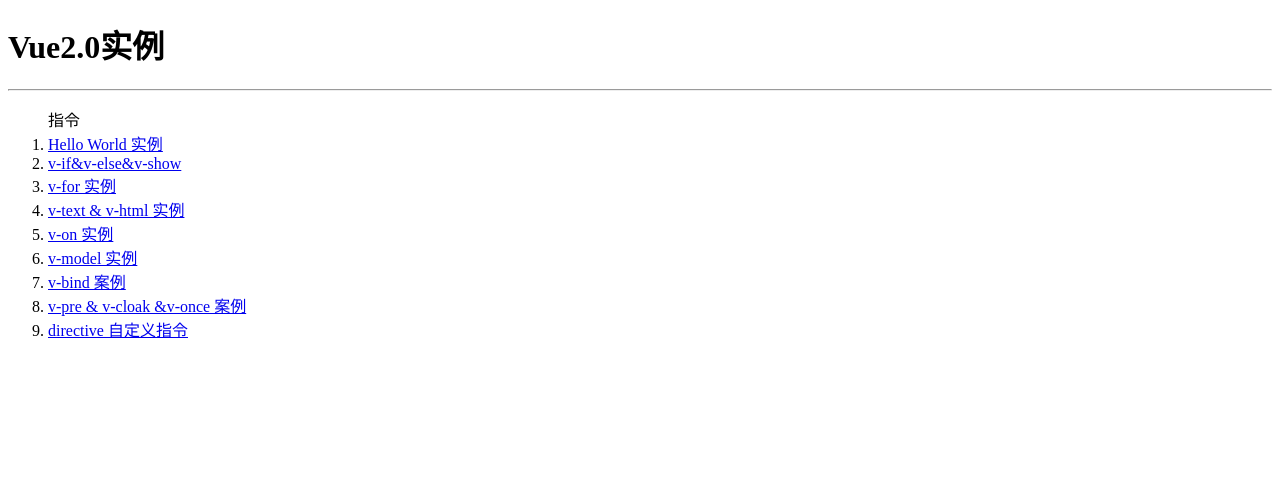
Repository: 13982720426/vue2.0-LearningNotes
Page: index.html
An editor plug-in stored every save of this project. The page is shown before and after the next save, followed by the edit.
The browser window is 1280 px wide. The pictures show the whole page.

Above is the page before, as saved 2021-06-24 15:17:36.

### index.html
<!DOCTYPE html>
<html lang="en">
  <head>
    <meta charset="UTF-8" />
    <meta http-equiv="X-UA-Compatible" content="IE=edge" />
    <meta name="viewport" content="width=device-width, initial-scale=1.0" />
    <title>Vue.js实例</title>
  </head>
  <body>
    <h1>Vue2.0实例</h1>
    <hr />
    <ol>
      指令
      <li><a href="./example/helloworld.html">Hello World 实例</a></li>
      <li><a href="./example/v-if.html">v-if&v-else&v-show</a></li>
      <li><a href="./example/v-for.html">v-for 实例</a></li>
      <li><a href="./example/v-text.html">v-text & v-html 实例</a></li>
      <li><a href="./example/v-on.html">v-on 实例</a></li>
      <li><a href="./example/v-model.html">v-model 实例</a></li>
      <li><a href="./example/v-bind.html">v-bind 案例</a></li>
      <li><a href="./example/others.html">v-pre & v-cloak &v-once 案例</a></li>

      <li><a href="./example/vue.directive.html">directive 自定义指令</a></li>
    </ol>
  </body>
</html>

After the next save:
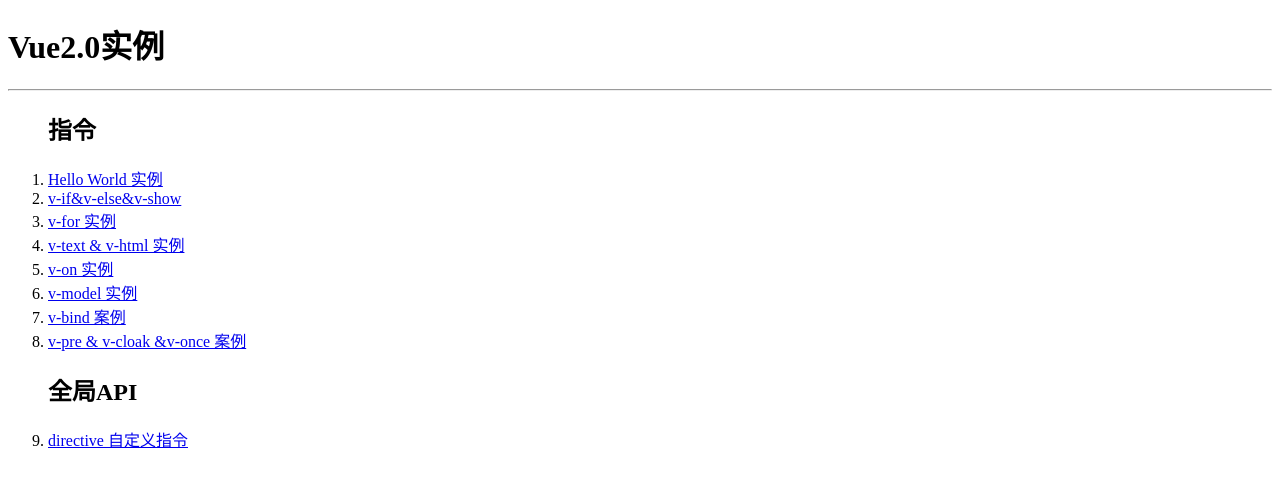
Saved 40 s later.
--- a/index.html
+++ b/index.html
@@ -10,7 +10,7 @@
     <h1>Vue2.0实例</h1>
     <hr />
     <ol>
-      指令
+      <h2>指令</h2>
       <li><a href="./example/helloworld.html">Hello World 实例</a></li>
       <li><a href="./example/v-if.html">v-if&v-else&v-show</a></li>
       <li><a href="./example/v-for.html">v-for 实例</a></li>
@@ -19,7 +19,7 @@
       <li><a href="./example/v-model.html">v-model 实例</a></li>
       <li><a href="./example/v-bind.html">v-bind 案例</a></li>
       <li><a href="./example/others.html">v-pre & v-cloak &v-once 案例</a></li>
-
+      <h2>全局API</h2>
       <li><a href="./example/vue.directive.html">directive 自定义指令</a></li>
     </ol>
   </body>
